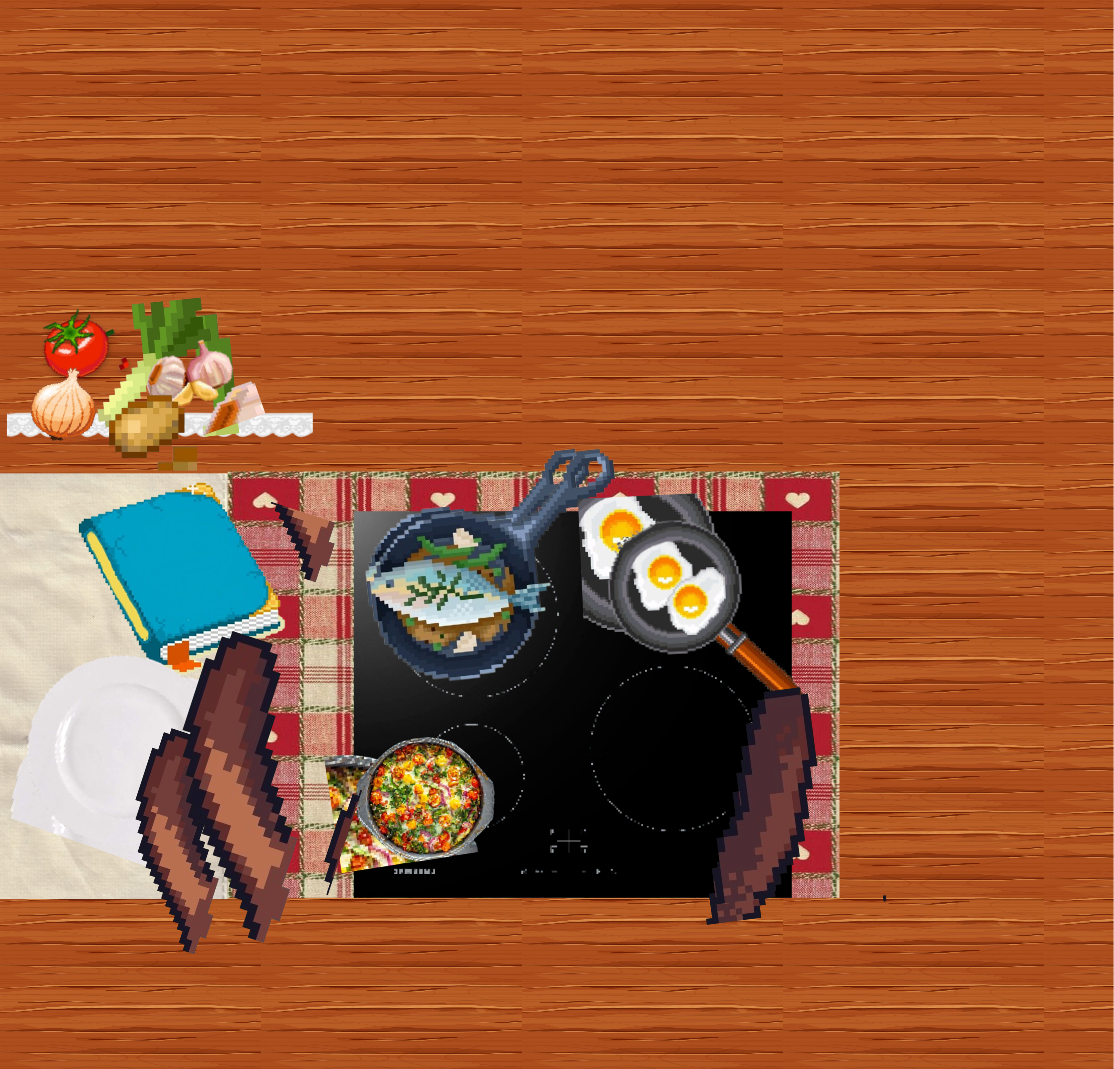
Repository: AJamdonuts/ToddyTalks
Page: playingaround2/pages/chefsujin.html
These files come from the project's save history. The page is drawn as it stood at one moment and after the next save; the edit follows.
The browser window is 1280 px wide. The pictures show the whole page, at 87% of full size.

Above is the page before, as saved 2025-11-26 20:24:33.

### playingaround2/pages/chefsujin.html
<!DOCTYPE html>
<html>
<head>
    <meta charset="UTF-8">
    <meta name="viewport" content="width=device-width, initial-scale=1">
    <link href="/playingaround2/styles/chefsujin.css" rel="stylesheet">
    <script src="/playingaround2/javascript/chefsujin.js" defer></script>
    <title>Chef Sujin</title>
    <link rel="icon" type="image/x-icon" href="/playingaround2/images/favicon.ico">
</head>
<body>
    <div class="canvas">
        <img src="/playingaround2/images/09362b8ce39beb85f830c3373e6b392c-removebg-preview.png" alt="Chef Sujin Banner" class="chef-sujin-banner">
        <img src="/playingaround2/images/b41e50d46e26e9463ce130b2da7a46aa.jpg" class="creamtexture">
        <img src="/playingaround2/images/check table cloth.jpg" class="checktablecloth">
        <img src="/playingaround2/images/pxArt-2.png" class="hob">
        <img src="/playingaround2/images/pixil-frame-0-removebg-preview 1.png" class="recipebook">
        <img src="/playingaround2/images/fishpan.png" class="fishpan">
        <img src="/playingaround2/images/leek-removebg-preview.png" class="leek">
        <img src="/playingaround2/images/garlic-removebg-preview.png" class="garlic">
        <img src="/playingaround2/images/d95fa1e62c663504736614e026fc4862-removebg-preview.png" class="potato">
        <img src="/playingaround2/images/pixil-frame-0-removebg-preview.png" class="eggpan" >
        <img src="/playingaround2/images/pxArt-2-removebg-preview.png" class="vegpan">
        <img src="/playingaround2/images/pxArt-removebg-preview.png" class="plate">
        <img src="/playingaround2/images/tomato-removebg-preview.png" class="tomato">
        <img src="/playingaround2/images/onion-removebg-preview.png" class="onion">
        <img src="/playingaround2/images/IMG_0236_2-removebg-preview.png" class="beararm1" >
        <img src="/playingaround2/images/IMG_0236-removebg-preview.png" class="beararm2" >
    </div>

</body>
</html>

### playingaround2/styles/chefsujin.css


/* Add a main container to hold all your absolutely positioned elements */
.canvas {
    position: relative;
    max-width: 1440px;
    max-height: 1024px;
    width: 100%;
    height: 100%;
    transform-origin: bottom left;
    transform: scale(var(--scale-factor, 1));
}

/* Use Flexbox on the body to center the .canvas element when it hits the max size */
body {
    display: flex;
    justify-content: center; /* horizontally center canvas */
    align-items: flex-end;   /* vertically position canvas as needed */

    background-image: url('/playingaround2/images/kitchencounter.jpg');
    background-repeat: repeat;      /* repeat the image */
    background-size: 300px 100px;   /* set width and height for each tile */
    background-position: top left;  /* start tiling from top-left */
    background-attachment: scroll;  /* moves with page */
    background-color: #ffffff;      /* fallback color */
}

.tomato {
    position: absolute;
    width: 133.75px;
    height: 133.75px;
    left: 45.02px;
    top: 55.06px;
    background: url(tomato-removebg-preview.png);
    filter: drop-shadow(0px 4px 4px rgba(0, 0, 0, 0.25));
    border-radius: 4px;
    transform: rotate(-24.58deg);
}

.potato {
    position: absolute;
    width: 165px;
    height: 165px;
    left: 146px;
    top: 161px;
    background: url(d95fa1e62c663504736614e026fc4862-removebg-preview.png);
}

.leek {
    position: absolute;
    width: 257.96px;
    height: 257.96px;
    left: 109.95px;
    top: 20px;
    background: url(leek-removebg-preview.png);
    transform: rotate(-5.62deg);
}

.garlic {
    position: absolute;
    width: 194.8px;
    height: 194.8px;
    left: 200.62px;
    top: 74.87px;
    background: url(garlic-removebg-preview.png);
    transform: rotate(-19.27deg);
}

.onion {
    position: absolute;
    width: 126.18px;
    height: 144.28px;
    left: 32px;
    top: 145.3px;
    background: url(onion-removebg-preview.png);
    transform: rotate(17.63deg);
    }

.recipebook {
    position: absolute;
    width: 392px;
    height: 392px;
    left: 90px;
    top: 302px;
}

.plate {
    position: absolute;
    width: 334.76px;
    height: 332.75px;
    left: 22px;
    top: 616px;
    background: url(pxArt-removebg-preview.png);
    transform: rotate(19.64deg);
}

.beararm1 {
    position: absolute;
    width: 448.49px;
    height: 883.17px;
    left: 132px;
    top: 374px;
    background: url(IMG_0236_2-removebg-preview.png);
    transform: matrix(0.95, 0.31, 0.31, -0.95, 0, 0);
}

.beararm2 {
    position: absolute;
    width: 348.8px;
    height: 764.5px;
    left: 1062px;
    top: 450px;
    background: url(IMG_0236-removebg-preview.png);
    transform: matrix(0.99, -0.13, -0.13, -0.99, 0, 0);
}

.fishpan {
    position: absolute;
    width: 546.95px;
    height: 546.95px;
    left: 532px;
    top: 257px;
    background: url(fishpan.png);
    transform: rotate(-6.22deg);
}

.eggpan {
    position: absolute;
    width: 396px;
    height: 396px;
    left: 942.44px;
    top: 362.44px;
    background: url(pixil-frame-0-removebg-preview.png);
    transform: rotate(177.33deg);
}

.vegpan {
    position: absolute;
    width: 207px;
    height: 310px;
    left: 580.54px;
    top: 703.1px;
    background: url(pxArt-2-removebg-preview.png);
    transform: rotate(81.24deg);
}

.hob {
position: absolute;
width: 716px;
height: 632px;
left: 567px;
top: 392px;
background: url(pxArt-2.png);
}

.creamtexture {
    position: absolute;
    width: 476px;
    height: 696px;
    left: -115px;
    top: 330px;
    background: url(b41e50d46e26e9463ce130b2da7a46aa.jpg);
}

.checktablecloth {
    position: absolute;
    width: 1000px;
    height: 697px;
    left: 361px;
    top: 327px;
}

### playingaround2/javascript/chefsujin.js
function calculateScaleFactor() {
    // Define the original design dimensions
    const DESIGN_WIDTH = 1440;
    const DESIGN_HEIGHT = 1024;

    // Get the current viewport dimensions
    const viewportWidth = window.innerWidth;
    const viewportHeight = window.innerHeight;

    // Calculate the scale factor for both dimensions
    const widthScale = viewportWidth / DESIGN_WIDTH;
    const heightScale = viewportHeight / DESIGN_HEIGHT;

    // Use the smaller scale factor to ensure everything fits inside the window
    const scaleFactor = Math.min(widthScale, heightScale);

    // Get the .canvas element
    const canvas = document.querySelector('.canvas');

    // Apply the scale factor as a CSS variable
    if (canvas) {
        // If the viewport is larger than the design max, don't scale up past 1
        const finalScale = Math.min(scaleFactor, 1);
        canvas.style.setProperty('--scale-factor', finalScale);

        // Additionally, set the fixed width/height so the centering works correctly
        canvas.style.width = `${DESIGN_WIDTH}px`;
        canvas.style.height = `${DESIGN_HEIGHT}px`;
    }
}

// Run on load and on every window resize
window.addEventListener('resize', calculateScaleFactor);
document.addEventListener('DOMContentLoaded', calculateScaleFactor);

After the next save:
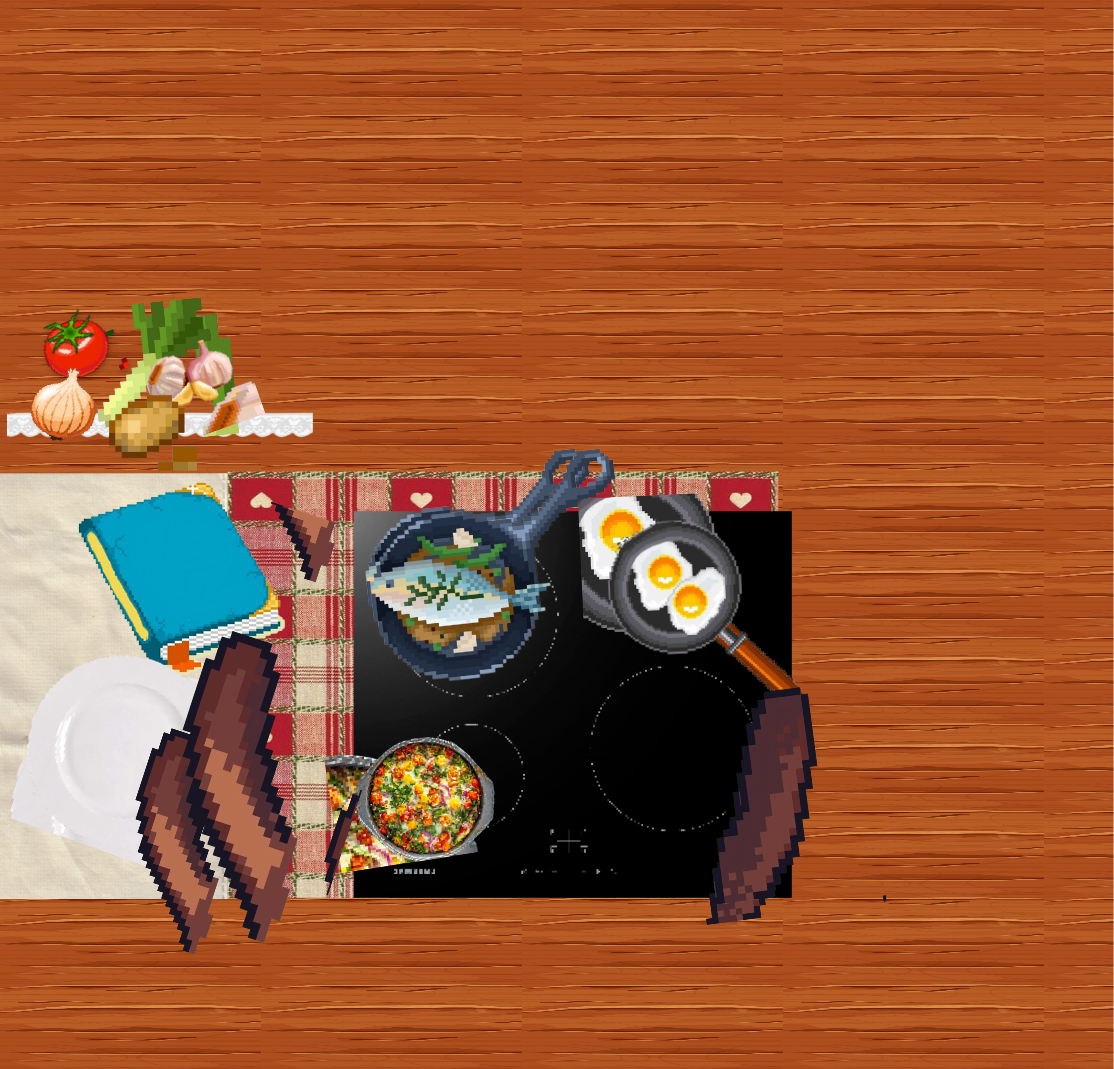
Saved 14 s later.
--- a/playingaround2/styles/chefsujin.css
+++ b/playingaround2/styles/chefsujin.css
@@ -164,7 +164,7 @@ background: url(pxArt-2.png);
 
 .checktablecloth {
     position: absolute;
-    width: 1000px;
+    width: 900px;
     height: 697px;
     left: 361px;
     top: 327px;
